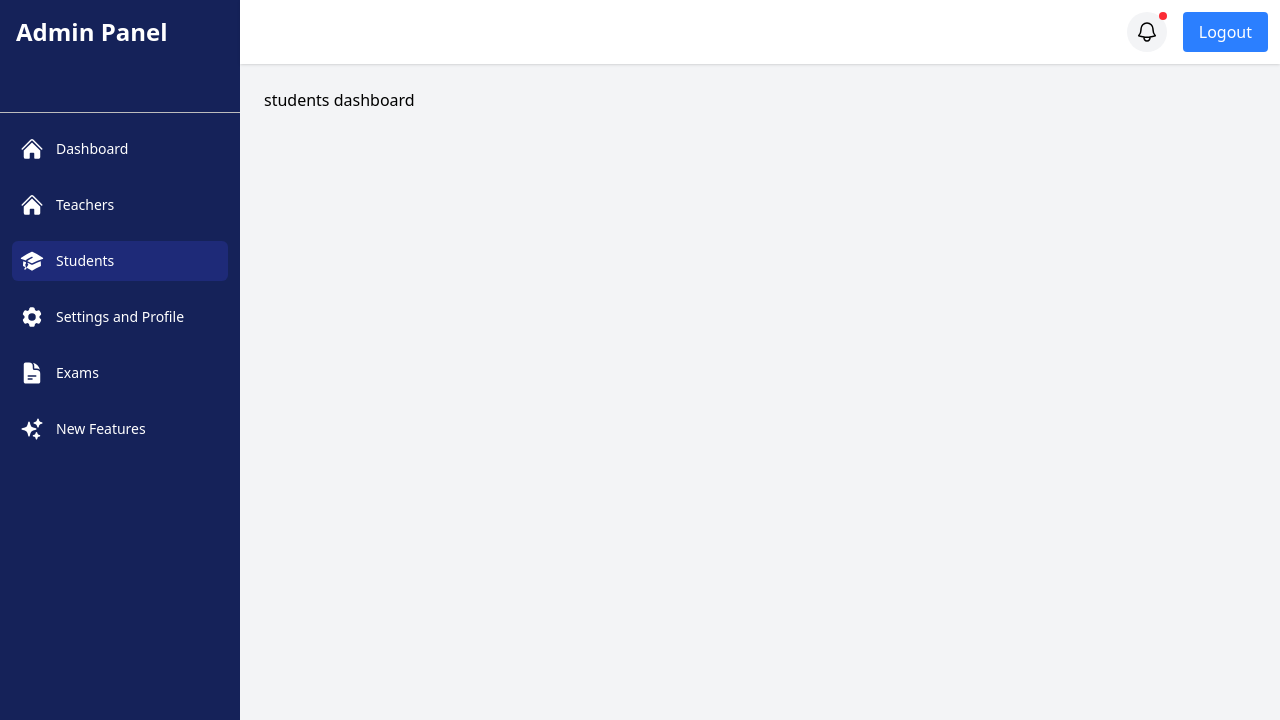
Repository: rahulhr71/AiExam
Page: /dashboard/students (app in admin/)
These files come from the project's save history. The page is drawn as it stood at one moment and after the next save; the edit follows.
The browser window is 1280 px wide. The pictures show the whole page.
The page's requests for data from a server got no answer. The project was rebuilt for these pictures with package versions that can differ from the ones it lists, and the page was loaded fresh each time. No one was signed in, and anything a server would have sent is missing. Also part of the build but not shown: admin/vite.config.js, admin/src/pages/Login.jsx, admin/src/components/AddTeachers.jsx.

Above is the page before, as saved 2025-08-07 11:45:31.

After the next save:
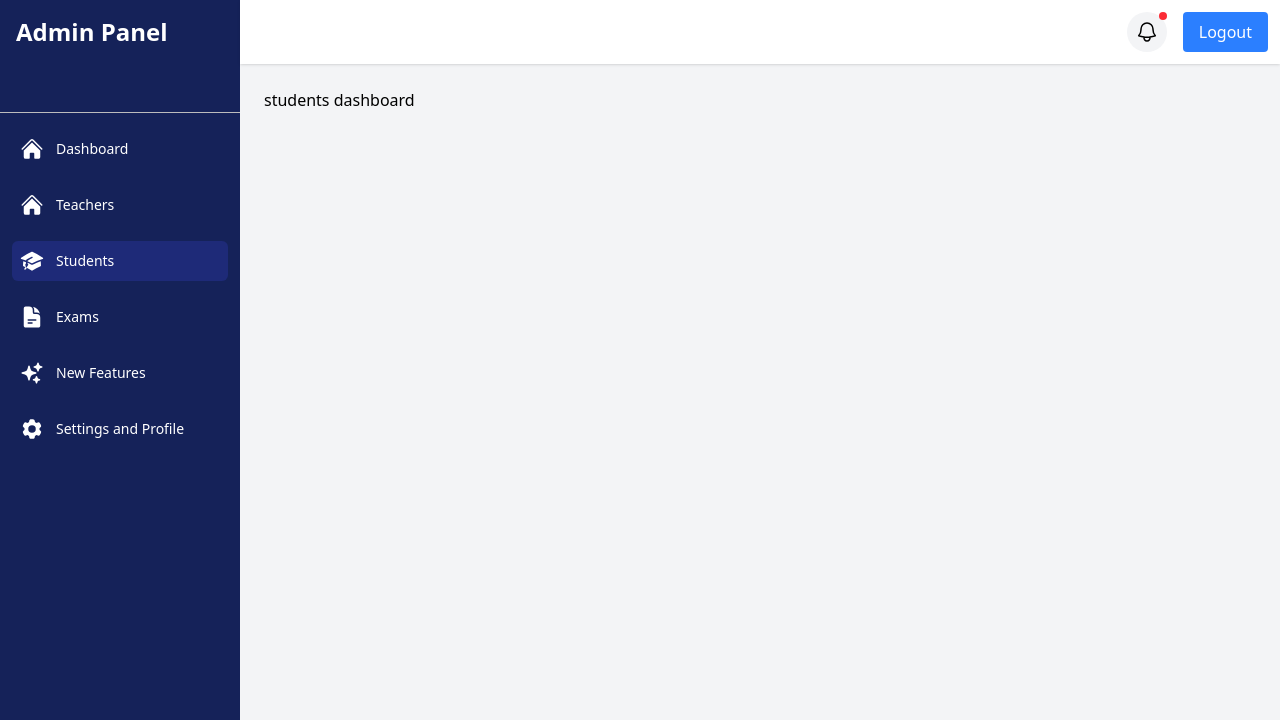
Saved 1 s later.
--- a/admin/src/components/Sidebar.jsx
+++ b/admin/src/components/Sidebar.jsx
@@ -15,9 +15,9 @@ const { setActiveComponent } = useAdmin();
     { name: 'Dashboard', icon: <HomeIcon className="h-6 w-6 text-white" />, link: "/dashboard" },
     { name: 'Teachers', icon: <HomeIcon className="h-6 w-6 text-white" />, link: "/dashboard/teachers" },
     { name: 'Students', icon: <AcademicCapIcon className="h-6 w-6 text-white" />, link: "/dashboard/students" },
-    { name: 'Settings and Profile', icon: <Cog6ToothIcon className="h-6 w-6 text-white" />, link: "/dashboard/settings" },
     { name: 'Exams', icon: <DocumentTextIcon className="h-6 w-6 text-white" />, link: "/dashboard/exams" },
     { name: 'New Features', icon: <SparklesIcon className="h-6 w-6 text-white" />, link: "/dashboard/new-features" },
+     { name: 'Settings and Profile', icon: <Cog6ToothIcon className="h-6 w-6 text-white" />, link: "/dashboard/settings" },
   ];
 
   return (
